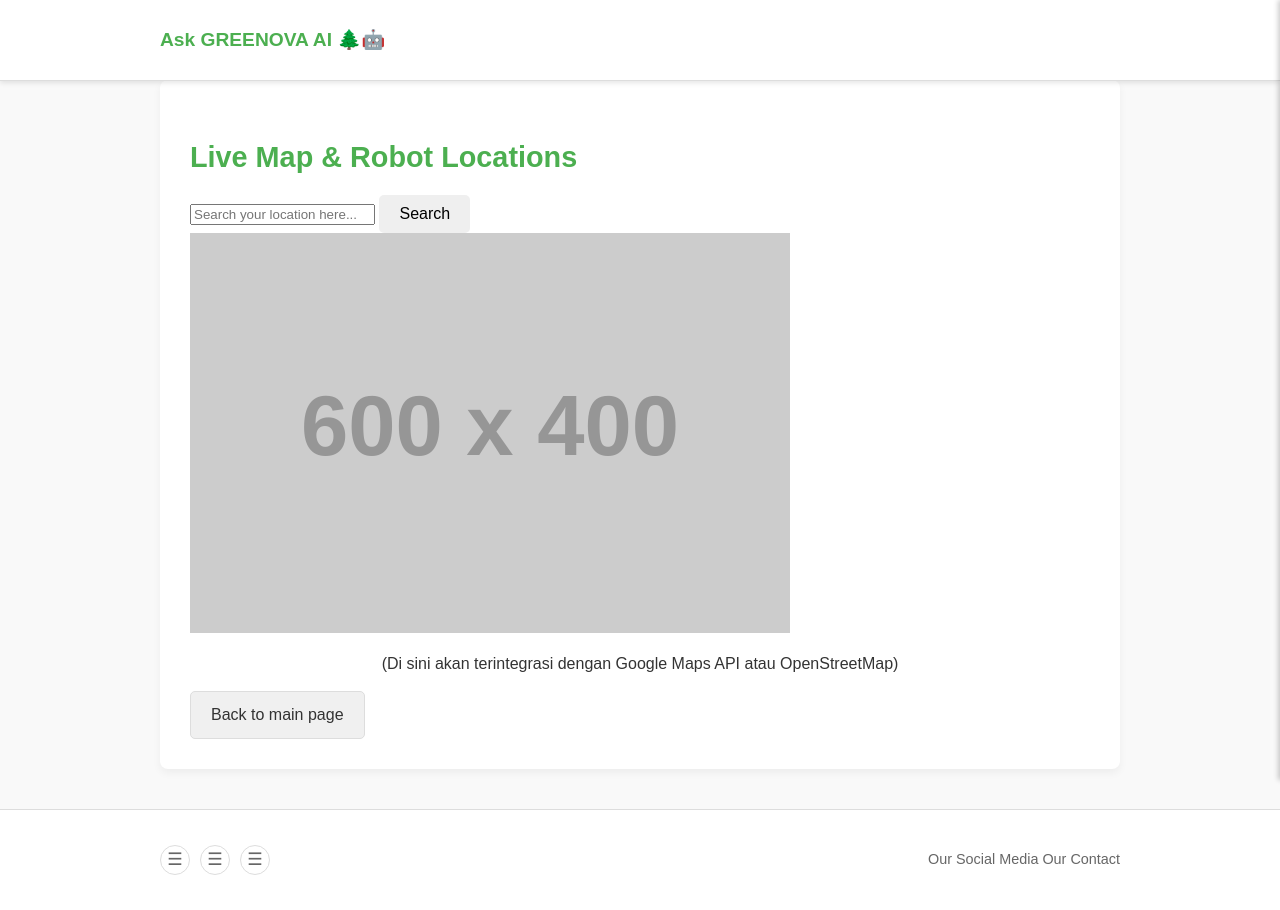
Repository: JojoGid34/Greenova-WEBSITE-SFT25-TETR
Page: live-map.html
These files come from the project's save history. The page is drawn as it stood at one moment and after the next save; the edit follows.
The browser window is 1280 px wide. The pictures show the whole page.

Above is the page before, as saved 2025-07-27 16:40:48.

### live-map.html
<!DOCTYPE html>
<html lang="id">

<head>
  <meta charset="UTF-8">
  <meta name="viewport" content="width=device-width, initial-scale=1.0">
  <title>Greenova AI - Live Map</title>
  <link rel="stylesheet" href="style.css">
</head>

<body>
  <header class="navbar">
    <div class="container">
      <a href="chat.html" class="logo">Ask GREENOVA AI 🌲🤖</a>
      <nav class="nav-menu">
        <button class="menu-toggle" aria-label="Toggle navigation">&#9776;</button>
        <ul class="nav-list">
          <li class="close-menu-item"><button class="close-menu" aria-label="Close navigation">&times;</button></li>
          <li><a href="index.html">Home</a></li>
          <li><a href="about.html">About Us</a></li>
          <li><a href="how-it-works.html">How It Works</a></li>
          <li><a href="live-map.html">Live Map & Rob. Loc.</a></li>
          <li><a href="air-quality.html">Air Quality Analysis</a></li>
          <li><a href="collaboration.html">Collaboration</a></li>
          <li><a href="donation.html">Donation</a></li>
          <li><a href="chat.html">Ask GREENOVA AI</a></li>
        </ul>
      </nav>
    </div>
  </header>

  <main class="container">
    <section id="live-map" class="page-section">
      <h2>Live Map & Robot Locations</h2>
      <div class="search-bar">
        <input type="text" placeholder="Search your location here...">
        <button class="btn search-btn">Search</button>
      </div>
      <div class="map-placeholder">
        <img src="https://placehold.co/600x400/f0f0f0/333?text=Google+Maps+Placeholder" alt="Live Map">
        <p style="text-align: center; margin-top: 10px;">(Di sini akan terintegrasi dengan Google Maps API atau
          OpenStreetMap)</p>
      </div>
      <a href="index.html" class="btn secondary-btn">Back to main page</a>
    </section>
  </main>

  <footer class="footer">
    <div class="container footer-content">
      <div class="footer-nav">
        <button class="footer-icon">&#9776;</button>
        <button class="footer-icon">&#9776;</button>
        <button class="footer-icon">&#9776;</button>
      </div>
      <div class="social-media">
        <span>Our Social Media</span>
        <span>Our Contact</span>
      </div>
    </div>
  </footer>

  <script src="script.js"></script>
</body>

</html>

### style.css
/* General Styles */
:root {
  --primary-color: #4CAF50;
  /* Green */
  --secondary-color: #f0f0f0;
  /* Light Gray */
  --text-color: #333;
  --header-bg: #fff;
  --border-color: #ddd;
  --button-hover-bg: #45a049;
  --button-text-color: #fff;
  --navbar-height: 60px;
  /* Tentukan tinggi navbar */
}

html {
  scroll-behavior: smooth;
  /* Untuk smooth scrolling saat klik link anchor */
}

body {
  font-family: Arial, sans-serif;
  margin: 0;
  /* Tambahkan padding-top untuk mengimbangi navbar fixed */
  padding-top: var(--navbar-height);
  background-color: #f9f9f9;
  color: var(--text-color);
  line-height: 1.6;
  transition: margin-right 0.3s ease;
  /* Untuk animasi dorong konten saat menu terbuka */
}

body.menu-open {
  overflow: hidden;
  /* Mencegah scrolling latar belakang saat menu terbuka */
}

.container {
  width: 90%;
  max-width: 960px;
  /* Lebar maksimum disesuaikan untuk fokus wireframe */
  margin: 0 auto;
  padding: 20px 0;
}

/* Navbar */
.navbar {
  background-color: var(--header-bg);
  border-bottom: 1px solid var(--border-color);
  padding: 10px 0;
  position: fixed;
  /* Membuat navbar tetap di atas */
  top: 0;
  left: 0;
  width: 100%;
  z-index: 1000;
  box-shadow: 0 2px 5px rgba(0, 0, 0, 0.1);
  height: var(--navbar-height);
  /* Tentukan tinggi navbar */
  display: flex;
  /* Untuk centering konten di dalamnya */
  align-items: center;
  /* Untuk centering konten di dalamnya */
}

.navbar .container {
  display: flex;
  justify-content: space-between;
  align-items: center;
  width: 90%;
  /* Pastikan container di dalam navbar juga responsif */
  max-width: 960px;
}

.navbar .logo {
  font-weight: bold;
  font-size: 1.2em;
  color: var(--primary-color);
  text-decoration: none;
  /* Hapus underline pada link logo */
}

.nav-menu .menu-toggle {
  display: none;
  /* Hidden by default for larger screens */
  background: none;
  border: none;
  font-size: 1.8em;
  cursor: pointer;
  color: var(--text-color);
}

.nav-list {
  list-style: none;
  margin: 0;
  padding: 0;
  display: flex;
  /* Gaya untuk menu overlay */
  position: fixed;
  top: 0;
  right: -300px;
  /* Sembunyikan di luar layar */
  width: 300px;
  height: 100%;
  background-color: var(--header-bg);
  box-shadow: -2px 0 5px rgba(0, 0, 0, 0.2);
  flex-direction: column;
  padding-top: 60px;
  /* Ruang untuk tombol tutup */
  transition: right 0.3s ease-in-out;
  z-index: 999;
  /* Di bawah navbar tapi di atas konten */
}

.nav-list.active {
  right: 0;
  /* Tampilkan menu */
}

.nav-list li {
  margin: 10px 20px;
  /* Padding untuk setiap item menu */
}

.nav-list a {
  text-decoration: none;
  color: var(--text-color);
  font-weight: 500;
  transition: color 0.3s ease;
  display: block;
  /* Agar seluruh area li bisa diklik */
  padding: 10px 0;
}

.nav-list a:hover {
  color: var(--primary-color);
}

/* Tombol tutup menu */
.close-menu-item {
  position: absolute;
  top: 10px;
  right: 20px;
  margin: 0;
  /* Override default li margin */
}

.close-menu {
  background: none;
  border: none;
  font-size: 2em;
  cursor: pointer;
  color: var(--text-color);
}

/* Page Sections */
.page-section {
  padding: 40px 0;
  min-height: calc(100vh - var(--navbar-height) - 80px);
  /* Adjust based on header/footer height */
  box-sizing: border-box;
  background-color: #fff;
  /* Background putih seperti wireframe */
  border-radius: 8px;
  box-shadow: 0 4px 8px rgba(0, 0, 0, 0.05);
  margin-bottom: 20px;
  padding: 30px;
}

h1,
h2 {
  color: var(--primary-color);
  margin-bottom: 15px;
}

h1 {
  font-size: 2.2em;
}

h2 {
  font-size: 1.8em;
}

p {
  margin-bottom: 15px;
}

/* Buttons */
.btn {
  padding: 10px 20px;
  border: none;
  border-radius: 5px;
  cursor: pointer;
  font-size: 1em;
  transition: background-color 0.3s ease;
  text-decoration: none;
  /* Untuk anchor tags styled as buttons */
  display: inline-block;
  text-align: center;
}

.primary-btn {
  background-color: var(--primary-color);
  color: var(--button-text-color);
}

.primary-btn:hover {
  background-color: var(--button-hover-bg);
}

.secondary-btn {
  background-color: var(--secondary-color);
  color: var(--text-color);
  border: 1px solid var(--border-color);
}

.secondary-btn:hover {
  background-color: #e0e0e0;
}

/* Home Section Specific */
#home .hero-content {
  text-align: center;
  margin-bottom: 40px;
  padding: 20px;
  border-radius: 8px;
}

#home .triangle-icon {
  font-size: 3em;
  color: var(--primary-color);
  margin-bottom: 10px;
}

#home .why-important {
  padding: 30px 0;
}

#home .why-important h2 {
  text-align: center;
  margin-bottom: 30px;
}

.reason-item {
  display: flex;
  align-items: flex-start;
  margin-bottom: 20px;
  gap: 15px;
}

.reason-item .icon {
  width: 40px;
  height: 40px;
  border-radius: 50%;
  background-color: var(--secondary-color);
  padding: 5px;
  object-fit: contain;
  flex-shrink: 0;
}

.reason-item h3 {
  margin-top: 0;
  margin-bottom: 5px;
  font-size: 1.1em;
}

.reason-item p {
  font-size: 0.9em;
  margin-bottom: 0;
}

/* Our Solution Section */
.solution-details ul {
  list-style: disc;
  margin-left: 20px;
  margin-bottom: 20px;
}

.solution-details img {
  display: block;
  margin: 20px auto;
  max-width: 100%;
  height: auto;
  border-radius: 8px;
  border: 1px solid var(--border-color);
}

/* Live Map Teaser Section */
.map-teaser-content {
  position: relative;
  width: 100%;
  max-width: 400px;
  margin: 20px auto;
  border: 1px solid var(--border-color);
  border-radius: 8px;
  overflow: hidden;
}

.map-teaser-content .map-image {
  display: block;
  width: 100%;
  height: auto;
}

.map-overlay-text {
  position: absolute;
  top: 50%;
  left: 50%;
  transform: translate(-50%, -50%);
  background-color: rgba(76, 175, 80, 0.8);
  color: white;
  padding: 10px 15px;
  border-radius: 5px;
  font-weight: bold;
  font-size: 1.1em;
  text-align: center;
}

.map-teaser-content .primary-btn {
  display: block;
  width: calc(100% - 40px);
  margin: 20px auto;
}

/* Mari Berkolaborasi Section */
#collaboration h1 {
  text-align: center;
  font-size: 2.5em;
  margin-bottom: 10px;
}

#collaboration h2 {
  text-align: center;
  font-size: 1.8em;
  margin-bottom: 30px;
}

#collaboration>p {
  text-align: center;
  margin-bottom: 30px;
}

#collaboration .primary-btn {
  display: block;
  width: fit-content;
  margin: 0 auto;
}

/* Chat Page Specific Styles */
#chat-page .chat-container {
  display: flex;
  flex-direction: column;
  gap: 15px;
  max-width: 600px;
  margin: 20px auto;
  padding: 20px;
  background-color: #f8f8f8;
  border-radius: 10px;
  box-shadow: 0 2px 10px rgba(0, 0, 0, 0.1);
  min-height: 400px;
  justify-content: flex-end;
  /* Agar pesan baru muncul dari bawah */
}

/* Area pesan chat yang bisa di-scroll */
.chat-messages {
  flex-grow: 1;
  /* Mengisi ruang yang tersedia */
  overflow-y: auto;
  /* Mengaktifkan scroll jika pesan melebihi tinggi */
  padding-right: 10px;
  /* Sedikit padding untuk scrollbar */
  display: flex;
  /* PENTING: Mengaktifkan Flexbox untuk mengatur posisi pesan */
  flex-direction: column;
  /* PENTING: Pesan diatur dari atas ke bawah */
  gap: 10px;
  /* Jarak antar pesan */
}

.chat-message {
  padding: 15px;
  border-radius: 15px;
  max-width: 80%;
  word-wrap: break-word;
  /* Memastikan teks panjang tidak keluar box */
}

/* Gaya untuk pesan bot (default, sebelah kiri) */
.chat-message.bot-message {
  background-color: #e0f7fa;
  /* Warna biru muda untuk pesan bot */
  align-self: flex-start;
  /* PENTING: Mengatur pesan bot rata kiri */
}

/* Gaya untuk pesan pengguna (sebelah kanan) */
.chat-message.user-message {
  background-color: #DCF8C6;
  /* Warna hijau muda untuk pesan pengguna */
  align-self: flex-end;
  /* PENTING: Mengatur pesan pengguna rata kanan */
}

.chat-message p {
  margin-bottom: 5px;
}

.chat-message ul {
  list-style: disc;
  margin-left: 20px;
  margin-top: 10px;
}

.chat-input-area {
  display: flex;
  gap: 10px;
  margin-top: 20px;
}

.chat-input {
  flex-grow: 1;
  padding: 12px;
  border: 1px solid var(--border-color);
  border-radius: 25px;
  /* Rounded input */
  font-size: 1em;
}

.chat-send-btn {
  background-color: var(--primary-color);
  color: var(--button-text-color);
  border: none;
  border-radius: 25px;
  padding: 12px 20px;
  cursor: pointer;
  font-size: 1em;
  transition: background-color 0.3s ease;
}

.chat-send-btn:hover {
  background-color: var(--button-hover-bg);
}


/* Footer */
.footer {
  background-color: var(--header-bg);
  border-top: 1px solid var(--border-color);
  padding: 15px 0;
  text-align: center;
  font-size: 0.9em;
  color: #666;
}

.footer-content {
  display: flex;
  justify-content: space-between;
  align-items: center;
}

.footer-nav {
  display: flex;
  gap: 10px;
}

.footer-icon {
  background: none;
  border: 1px solid var(--border-color);
  border-radius: 50%;
  width: 30px;
  height: 30px;
  display: flex;
  justify-content: center;
  align-items: center;
  font-size: 1.2em;
  cursor: pointer;
  color: #666;
}

/* Responsiveness */
@media (max-width: 768px) {
  .navbar .container {
    flex-wrap: wrap;
    justify-content: space-between;
    /* Kembali ke space-between */
  }

  .navbar .logo {
    width: auto;
    /* Biarkan logo menyesuaikan konten */
    margin-bottom: 0;
  }

  .nav-menu {
    width: auto;
    text-align: right;
    /* Burger menu di kanan */
  }

  .nav-menu .menu-toggle {
    display: block;
    padding-right: 0;
    /* Hapus padding kanan */
  }

  /* Menu overlay akan mengambil alih tampilan */
  /* Properti untuk .nav-list sudah diatur di luar media query */

  .nav-list.active {
    right: 0;
  }

  .nav-list li {
    margin: 10px 20px;
  }

  /* Adjust page-section padding for smaller screens */
  .page-section {
    padding: 20px;
  }

  .reason-item {
    flex-direction: column;
    align-items: center;
    text-align: center;
  }

  .footer-content {
    flex-direction: column;
    gap: 10px;
  }
}

@media (max-width: 480px) {
  h1 {
    font-size: 1.8em;
  }

  h2 {
    font-size: 1.4em;
  }

  .btn {
    width: 100%;
    box-sizing: border-box;
  }

  #collaboration .primary-btn {
    width: 100%;
  }

  .chat-input-area {
    flex-direction: column;
  }

  .chat-send-btn {
    width: 100%;
  }
}

### script.js
// script.js (untuk index.html, about.html, how-it-works.html, dll.)

document.addEventListener('DOMContentLoaded', () => {
    const menuToggle = document.querySelector('.menu-toggle');
    const navList = document.querySelector('.nav-list');
    const closeMenuButton = document.querySelector('.close-menu');
    const body = document.body;

    // Fungsi untuk membuka menu
    const openMenu = () => {
        navList.classList.add('active');
        body.classList.add('menu-open');
    };

    // Fungsi untuk menutup menu
    const closeMenu = () => {
        navList.classList.remove('active');
        body.classList.remove('menu-open');
    };

    // Mobile menu toggle
    if (menuToggle) {
        menuToggle.addEventListener('click', openMenu);
    }

    // Tombol tutup menu
    if (closeMenuButton) {
        closeMenuButton.addEventListener('click', closeMenu);
    }

    // Menutup menu saat mengklik link di dalam menu
    navList.querySelectorAll('a').forEach(link => {
        link.addEventListener('click', () => {
            closeMenu();
        });
    });

    // Karena setiap page sekarang file HTML terpisah,
    // tidak perlu lagi logika untuk showPage antar section.
    // Navigasi dilakukan oleh browser secara native melalui href.
});

After the next save:
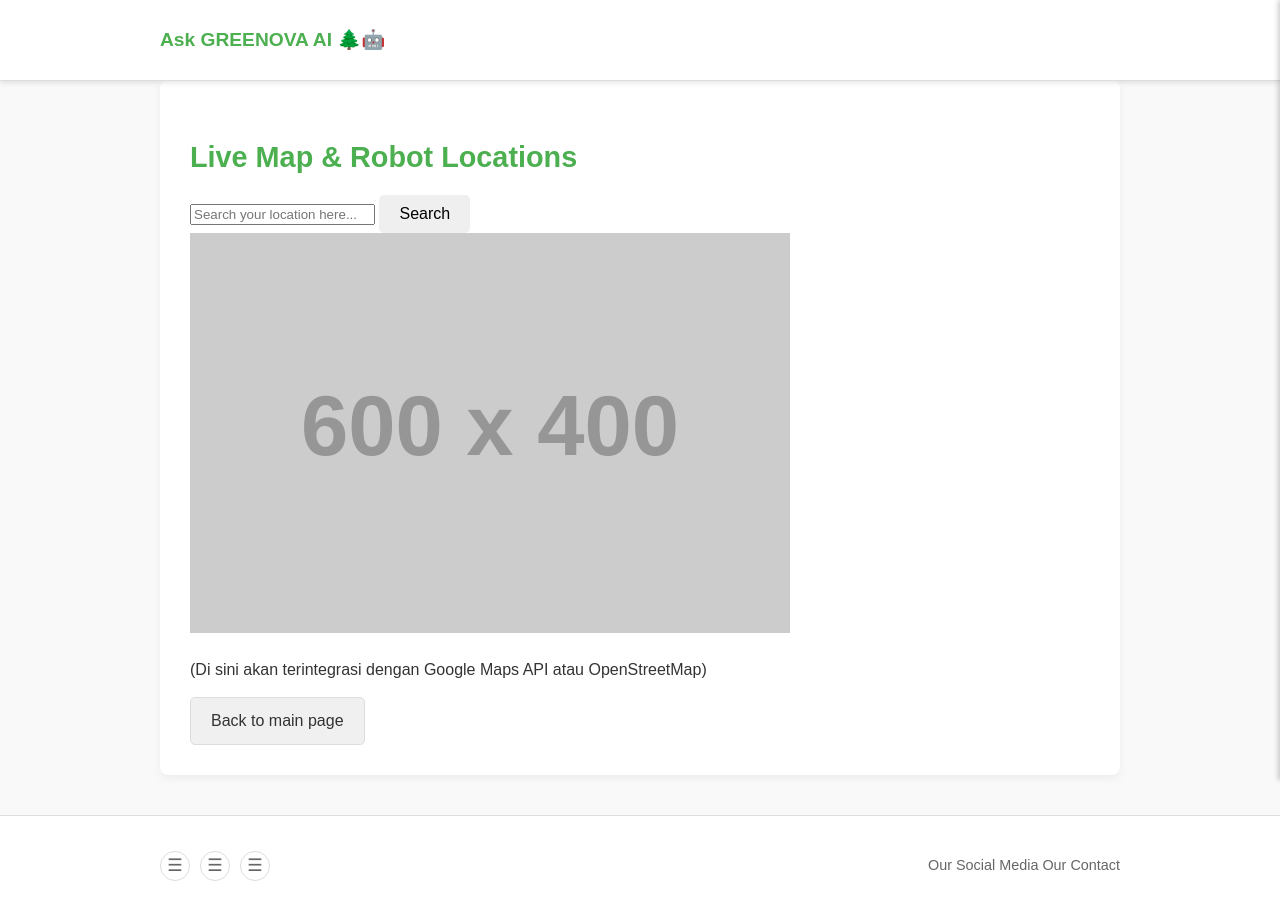
Saved 4 min 35 s later.
--- a/live-map.html
+++ b/live-map.html
@@ -38,7 +38,7 @@
       </div>
       <div class="map-placeholder">
         <img src="https://placehold.co/600x400/f0f0f0/333?text=Google+Maps+Placeholder" alt="Live Map">
-        <p style="text-align: center; margin-top: 10px;">(Di sini akan terintegrasi dengan Google Maps API atau
+        <p class="map-description">(Di sini akan terintegrasi dengan Google Maps API atau
           OpenStreetMap)</p>
       </div>
       <a href="index.html" class="btn secondary-btn">Back to main page</a>
